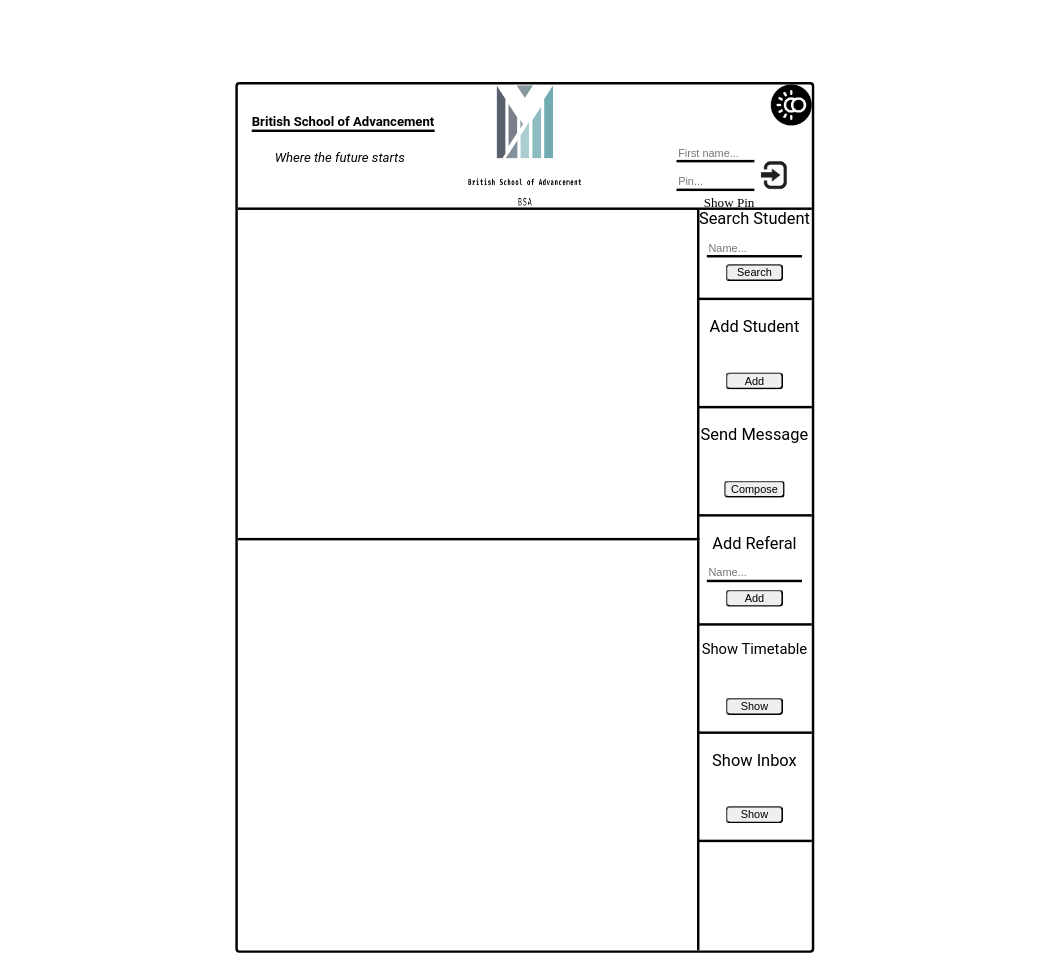
Repository: ghend99/Guardian-Application
Page: index.html
The author's editor kept a copy of each file at every save. The page is drawn from the files as they stood at one save, then again after the next save.
The browser window is 1280 px wide. The pictures show the whole page, at 82% of full size.

Above is the page before, as saved 2023-06-06 16:50:41.

### index.html
<!DOCTYPE html>
<html lang="en">
  <head>
    <meta charset="UTF-8" />
    <meta http-equiv="X-UA-Compatible" content="IE=edge" />
    <meta name="viewport" content="width=device-width, initial-scale=1.0" />
    <title>Document</title>
    <link rel="stylesheet" href="style.css" />
  </head>
  <body>
    <div id="main-container">
      <div id="header-container">
        <div id="header-container-left-section">
          <p id="header-school-name" class="page-headers">
            British School of Advancement
          </p>
          <p id="header-school-slogan" class="page-headers">
            Where the future starts
          </p>
        </div>
        <div id="header-container-middle-section">
          <img class="header-middle-section-logo" src="./images/logo.png" />
        </div>
        <div id="header-container-right-section">
          <input
            id="header-login-input-fullname"
            class="login-input-fullname login-input input"
            type="text"
            placeholder="First name..."
          />
          <input
            id="header-login-input-pin"
            class="login-input-pin login-input input"
            placeholder="Pin..."
            type="password"
          />
          <p id="show-pin-header">Show Pin</p>
          <img
            id="header-login-button"
            class="login-button"
            src="./images/login-button.png"
          />
          <img class="header-dark-mode-toggle" src="./images/dark-mode.png" />
          <img class="login-modal-open" src="./images/login.png" />
        </div>
      </div>
      <div id="sidebar-container">
        <div id="sidebar-link-container1" class="sidebar-link-container">
          <p class="sidebar-link-header page-headers">Search Student</p>
          <input class="sidebar-input input" placeholder="Name..." />
          <button class="sidebar-search-button submit-button">Search</button>
        </div>
        <div id="sidebar-link-container2" class="sidebar-link-container">
          <p class="sidebar-link-header page-headers">Add Student</p>
          <button id="add-student" class="sidebar-search-button submit-button">
            Add
          </button>
        </div>
        <div id="sidebar-link-container3" class="sidebar-link-container">
          <p class="sidebar-link-header page-headers">Send Message</p>
          <button
            id="compose-message-open"
            class="sidebar-search-button submit-button"
          >
            Compose
          </button>
        </div>
        <div id="sidebar-link-container4" class="sidebar-link-container">
          <p class="sidebar-link-header page-headers">Add Referal</p>
          <input
            id="add-referal-fullname"
            class="sidebar-input input"
            placeholder="Name..."
          />
          <button id="add-referal" class="sidebar-search-button submit-button">
            Add
          </button>
        </div>
        <div id="sidebar-link-container5" class="sidebar-link-container">
          <p
            id="show-timetable-heading"
            class="sidebar-link-header page-headers"
          >
            Show Timetable
          </p>
          <button
            id="timetable-open"
            class="sidebar-search-button submit-button"
          >
            Show
          </button>
        </div>
        <div id="sidebar-link-container6" class="sidebar-link-container">
          <p class="sidebar-link-header page-headers">Show Inbox</p>
          <button id="inbox-open" class="sidebar-search-button submit-button">
            Show
          </button>
        </div>
        <div id="sidebar-link-container7" class="sidebar-link-container">
          <p class="sidebar-link-header page-headers">Update Timetable</p>
          <button
            id="update-timetable"
            class="sidebar-search-button submit-button"
          >
            Show
          </button>
        </div>
      </div>
      <img class="sidebar-open" src="./images/menu.png" />

      <div id="student-information-container">
        <h1
          id="student-information-name-header"
          class="student-information page-headers"
        >
          Student Name:
        </h1>
        <h3 class="student-information student-information-general-header">
          General Information
        </h3>
        <p id="student-information-first-name" class="student-information">
          First Name:
        </p>
        <p id="student-information-last-name" class="student-information">
          Last Name:
        </p>
        <p id="student-information-year" class="student-information">
          Year Group:
        </p>
        <p id="student-information-referals" class="student-information">
          Referals:
        </p>
        <p id="password-reset" class="student-information">Reset Password</p>
      </div>

      <div id="student-management-container">
        <p class="student-management-heading"></p>
        <img id="student-management-close" src="./images/close.png" />
        <div id="timetable-container"></div>
        <div id="inbox-container">
          <div id="inbox-header">
            <p>Date</p>
            <p>Sender</p>
            <p>Reciever</p>
            <p>Subject</p>
            <p>Message</p>
          </div>
          <div id="inbox-line">
            <p></p>
            <p></p>
            <p></p>
            <p></p>
            <p></p>
          </div>
        </div>
      </div>
    </div>

    <div id="login-modal-container">
      <h1 class="login-modal-header modal-header page-headers">Login</h1>
      <img
        id="login-modal-close"
        class="modal-close"
        src="./images/close.png"
      />
      <input
        id="login-modal-fullname"
        class="login-input-fullname login-modal-input input"
        type="text"
        placeholder="Full name..."
      />
      <input
        id="login-modal-pin"
        class="login-input-pin login-modal-input input"
        type="number"
        placeholder="Pin..."
      />
      <p id="login-modal-show-pin">Show Pin</p>
      <input id="login-modal-submit" class="submit-button" type="submit" />
    </div>

    <div id="create-account-container">
      <p id="create-account-header" class="modal-header page-headers">
        Add Student Details
      </p>
      <img
        id="create-account-close"
        class="modal-close"
        src="./images/close.png"
      />
      <input
        id="create-account-first-name"
        class="create-account-input input"
        placeholder="First name..."
      />
      <input
        id="create-account-last-name"
        class="create-account-input input"
        placeholder="Last name..."
      />
      <input
        id="create-account-year"
        class="create-account-input input"
        placeholder="Year..."
      />
      <input
        id="create-account-pin"
        class="create-account-input input"
        placeholder="Year..."
      />

      <input
        id="create-account-repin"
        class="create-account-input input"
        placeholder="Year..."
      />
      <input id="create-account-submit" class="submit-button" type="submit" />
    </div>

    <div id="compose-message-container" class="">
      <p id="compose-message-header" class="modal-header">Compose Message</p>
      <img
        id="compose-message-close"
        class="modal-close"
        src="./images/close.png"
      />
      <input
        id="compose-message-reciever"
        class="compose-message-input input"
        type="text"
        placeholder="Reciever..."
      />
      <input
        id="compose-message-title"
        class="compose-message-input input"
        type="text"
        placeholder="Subject..."
      />
      <textarea
        id="compose-message-text-area"
        placeholder="Message..."
      ></textarea>
      <input id="compose-message-submit" class="submit-button" type="submit" />
    </div>

    <div id="password-reset-container">
      <p id="password-reset-header" class="modal-header page-headers">
        Pin Reset
      </p>
      <img
        id="password-reset-close"
        class="modal-close"
        src="./images/close.png"
      />
      <input
        id="password-reset-old"
        class="password-reset-input input"
        type="number"
        placeholder="Old Pin..."
      />
      <input
        id="password-reset-new"
        class="password-reset-input input"
        type="number"
        placeholder="New Pin..."
      />
      <input
        id="password-reset-new-retype"
        class="password-reset-input input"
        type="number"
        placeholder="New Pin..."
      />
      <input id="password-reset-submit" class="submit-button" type="submit" />
    </div>
    <script src="functions.js"></script>
    <script src="elements.js"></script>
    <script src="buttons.js"></script>
    <script src="message.js"></script>
    <script src="timetable.js"></script>
  </body>
</html>

### style.css
button {
  cursor: pointer;
}

.input {
  background-color: transparent;
  text-decoration: none;
  border: none;
  border-bottom: solid;
  outline: none;
}

.page-headers {
  font-family: "Roboto", Arial;
}

.modal-header {
  font-size: 30px;
  font-weight: bold;
  margin-top: 10px;
}

.dark-mode {
  background-color: black;
  color: white;
  border: solid;
  border-radius: 5px;
}

.input-dark-mode {
  color: white;
  border-color: white;
}

.button-dark-mode {
  color: white;
  background-color: black;
}

#main-container {
  position: relative;
  left: 50%;
  transform: translate(-50%);
  max-width: 50%;
  min-width: 700px;
  max-height: 1200px;
  min-height: 1000px;
  margin-top: 100px;
  border: solid;
  border-radius: 5px;
}

#header-container {
  display: grid;
  grid-template-columns: 1fr 1fr 1fr;
  grid-template-rows: 1fr;
  max-height: 200px;
  min-height: 150px;
  width: 100%;
  border-bottom: solid;
}

#header-school-name {
  position: absolute;
  top: 20px;
  left: 17px;
  font-size: clamp(1rem, 1vw, 2rem);
  font-weight: bold;
  border-bottom: solid;
}

#header-school-slogan {
  position: absolute;
  top: clamp(5%, 70px, 80px);
  left: clamp(45px, 5%, 70px);
  font-size: clamp(0.9rem, 1.5vw, 1rem);
  margin-top: 10px;
  font-style: italic;
}

#header-container-middle-section {
  display: flex;
  justify-content: center;
}

.header-middle-section-logo {
  width: 60%;
}

#header-login-input-fullname {
  position: absolute;
  top: 75px;
  width: 13%;
  right: 10%;
}

#header-login-input-pin {
  position: absolute;
  top: 110px;
  width: 13%;
  right: 10%;
}

#show-pin-header {
  position: absolute;
  top: 135px;
  right: 10%;
  margin: 0;
}

#header-login-button {
  position: absolute;
  width: 50px;
  right: 3%;
  top: 85px;
}

.header-dark-mode-toggle {
  position: absolute;
  width: 50px;
  top: 0;
  right: 0;
  cursor: pointer;
}

.login-modal-open {
  display: none;
}

#sidebar-container {
  position: absolute;
  display: grid;
  grid-template-columns: 1fr;
  grid-template-rows: 1fr 1fr 1fr 1fr 1fr 1fr 1fr;
  right: 0;
  bottom: 0;
  max-width: 30%;
  min-width: 20%;
  max-height: 1000px;
  min-height: 925px;
}

#sidebar-link-container1 {
  justify-content: center;
}

/* #sidebar-link-container6 {
  border-bottom: none;
} */

#sidebar-link-container7 {
  display: none;
  border-bottom: none;
}

.sidebar-link-container {
  position: relative;
  display: flex;
  justify-content: center;
  border-bottom: solid;
}

.sidebar-link-header {
  position: absolute;
  font-size: 20px;
}

.sidebar-input {
  position: absolute;
  margin-top: 60px;
  width: 80%;
}

.sidebar-search-button {
  position: absolute;
  max-width: 75%;
  min-width: 70px;
  bottom: 20px;
  border-radius: 5px;
}

.sidebar-open {
  position: absolute;
  width: 50px;
  right: 0;
  top: 155px;
  display: none;
}

#student-information-container {
  max-height: 800px;
  min-height: 400px;
  max-width: 80%;
  min-width: 50%;
  border-bottom: solid;
  border-right: solid;
}

#student-information-name-header {
  font-size: 30px;
  font-weight: bold;
  border-bottom: solid;
  width: fit-content;
  margin-left: 30px;
  margin-top: 0;
}

.student-information {
  margin-left: 40px;
  display: none;
}

.student-information-general-header {
  font-size: 24px;
  font-weight: bold;
  padding-left: 40px;
}

#password-reset {
  border-bottom: solid;
  font-weight: bold;
  width: fit-content;
  cursor: pointer;
}

#student-management-container {
  max-width: 80%;
  min-width: 50%;
  max-height: 600px;
  min-height: 500px;
  border-right: solid;
}

.student-management-heading {
  display: inline-block;
  font-size: 30px;
  margin: 0;
  margin-left: 20px;
  width: fit-content;
}

#student-management-close {
  position: absolute;
  bottom: 45.7%;
  right: 21%;
  width: 30px;
  cursor: pointer;
  display: none;
}

#timetable-container {
  position: relative;
  display: grid;
  grid-gap: 1em;
  grid-template-rows: repeat(var(--grid-rows), 1fr);
  grid-template-columns: repeat(var(--grid-cols), 1fr);
  /* top: 50px; */
  overflow: scroll;
  max-height: 90%;
  min-height: 466px;
  /* max-width: 99.6%;
  min-width: 250px; */
  display: none;
}

:root {
  --grid-cols: 1;
  --grid-rows: 1;
}

.grid-item {
  padding: 1em;
  border: 1px solid #ddd;
  text-align: center;
}

#timetable-input {
  width: 100px;
}

#inbox-container {
  max-height: 90%;
  min-height: 466px;
  max-width: 99.6%;
  min-width: 250px;
  display: none;
}

#inbox-header {
  position: relative;
  display: grid;
  grid-template-columns: 1fr 1fr 1fr 1fr 1fr;
  grid-template-rows: 1fr;
  width: 100%;
  height: 50px;
  /* background-color: aqua; */
  overflow-y: auto;
  font-family: "Roboto", Arial;
}

#inbox-line {
  position: relative;
  display: grid;
  grid-template-columns: 1fr 1fr 1fr 1fr 1fr;
  grid-template-rows: 1fr;
  row-gap: 20px;
  width: 100%;
  height: 50px;
  /* background-color: darkorange; */
  overflow-y: auto;
  font-family: "EB Garamond", Arial;
}

#login-modal-container,
#create-account-container,
#compose-message-container,
#password-reset-container {
  position: absolute;
  left: 50%;
  top: 30%;
  transform: translate(-50%);
  text-align: center;
  border: solid;
  border-radius: 5px;
  display: none;
}

#login-modal-container {
  max-width: 40%;
  min-width: 300px;
  max-height: 400px;
  min-height: 300px;
  text-align: center;
  border: solid;
  border-radius: 5px;
  display: none;
  background-color: whitesmoke;
  cursor: pointer;
}

#login-modal-fullname {
  position: absolute;
  top: 120px;
  left: 50px;
}

#login-modal-pin {
  position: absolute;
  top: 170px;
  left: 50px;
}

#login-modal-show-pin {
  position: absolute;
  top: 200px;
  left: 50px;
  margin: 0;
  font-size: 14px;
  cursor: pointer;
}

#login-modal-submit {
  left: 15%;
}

#login-modal-submit,
#create-account-submit,
#compose-message-submit,
#password-reset-submit {
  position: absolute;
  bottom: 20px;
  max-height: 60px;
  min-height: 30px;
  max-width: 20%;
  min-width: 200px;
}

#create-account-container {
  max-width: 60%;
  min-width: 400px;
  max-height: 600px;
  min-height: 500px;
}

.create-account-input,
.compose-message-input,
.password-reset-input {
  position: absolute;
  left: 30px;
}

#create-account-first-name {
  top: 80px;
}

#create-account-last-name {
  top: 150px;
}

#create-account-year {
  top: 220px;
}

#create-account-pin {
  top: 290px;
}

#create-account-submit {
  left: 25%;
}

#create-account-repin {
  position: absolute;
  top: 360px;
  left: 30px;
}

#compose-message-container {
  max-width: 60%;
  min-width: 400px;
  max-height: 600px;
  min-height: 500px;
}

.modal-close {
  position: absolute;
  width: 30px;
  right: 0;
  top: 0;
  cursor: pointer;
}

#compose-message-reciever {
  top: 80px;
}

#compose-message-title {
  top: 130px;
}

#compose-message-text-area {
  position: absolute;
  top: 35%;
  left: 30px;
  max-height: 80%;
  min-height: 230px;
  max-width: 100%;
  min-width: 280px;
}

#compose-message-submit {
  left: 25%;
}

#password-reset-container {
  max-width: 40%;
  min-width: 300px;
  max-height: 400px;
  min-height: 300px;
}

#password-reset-new {
  top: 120px;
}

#password-reset-new-retype {
  top: 165px;
}

#password-reset-submit {
  left: 17%;
}

@media screen and (min-width: 0) and (max-width: 1600px) {
  #show-timetable-heading {
    font-size: 18px;
  }
}

@media screen and (min-width: 0) and (max-width: 720px) {
  #main-container {
    max-width: 600px;
    min-width: 300px;
  }

  #header-container {
    grid-template-columns: 1fr 1fr;
  }

  .header-middle-section-logo,
  #header-login-input-fullname,
  #header-login-input-pin,
  #show-pin-header,
  #header-login-button {
    display: none;
  }

  .login-modal-open {
    position: absolute;
    display: block;
    right: 0;
    top: 100px;
    width: 50px;
  }

  #sidebar-container {
    display: none;
  }

  .sidebar-link-header {
    font-size: 12px;
  }

  .sidebar-open {
    display: block;
  }

  .student-information-name-header {
    margin-left: 15px;
  }

  .student-information-general-header {
    margin-left: 25px;
    padding: 0;
  }

  .student-information {
    margin-left: 28px;
  }
}

### message.js
const sendMessage = function () {
  const message = composeMessageText.value;
  const subject = composeMessageSubject.value;
  const reciever = composeMessageReciever.value;
  const target = students.find((stu) => stu.fullName === `${reciever}`);
  const date = new Date(Date.now()).toLocaleString();
  console.log(date);
  console.log(message, subject, reciever, target);
  if (target === undefined) {
    alert("Not a valid message reciercer");
  } else {
    target.inbox.push(message);
    target.from.push(currentAccount.fullName);
    target.subject.push(subject);
    target.date.push(date);
    // currentAccount.sent.push(message);
    // currentAccount.date.push(date);
    composeMessageReciever.value = "";
    composeMessageText.value = "";
    composeMessageSubject.value = "";
    localStorage.setItem("students", JSON.stringify(students));
    alert("Message Sent");
    // updateInbox(target, currentAccount, message, subject);
  }
};

// const updateInbox = function (target, currentAccount, message, subject) {
//   const html = ` <div id="inbox-line">
//   <p>${new Date(Date.now()).toLocaleString()}</p>
//   <p>${currentAccount.fullName}</p>
//   <p>${target.fullName}</p>
//   <p>${subject}</p>
//   <p>${message}</p>
// </div>
//   `;
//   inboxLine.insertAdjacentHTML("beforebegin", html);
// };

const updateInboxLoad = function (target) {
  getStudentsLocalStorage();
  for (let i = 0; i < currentAccount.inbox.length; i++) {
    const html = `<div id="inbox-line">
  <p>${currentAccount.date[i]}</p>
  <p>${currentAccount.from[i]}</p>
  <p>${currentAccount.fullName}</p>
  <p>${currentAccount.subject[i]}</p>
  <p>${currentAccount.inbox[i]}</p>
</div>
  `;
    inboxLine.insertAdjacentHTML("beforebegin", html);
  }
};
// updateInboxLoad();

Loaded but not shown: timetable.js (295 lines, source omitted); functions.js (221 lines, source omitted); elements.js (95 lines, source omitted); buttons.js (108 lines, source omitted)

After the next save:
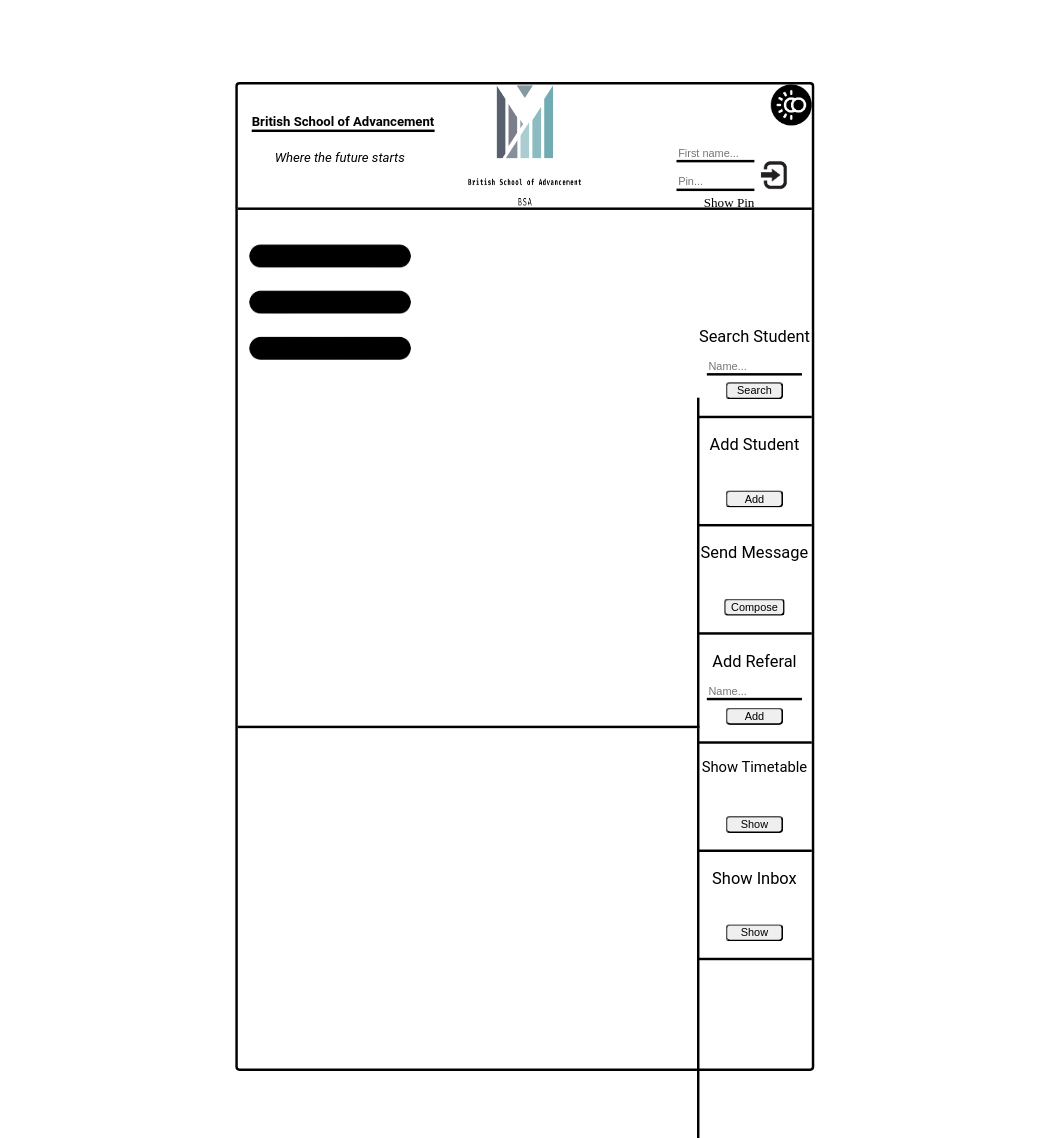
Saved 66 s later.
--- a/index.html
+++ b/index.html
@@ -106,7 +106,7 @@
           </button>
         </div>
       </div>
-      <img class="sidebar-open" src="./images/menu.png" />
+      <img id="sidebar-open" src="./images/menu.png" />
 
       <div id="student-information-container">
         <h1

After the save that followed:
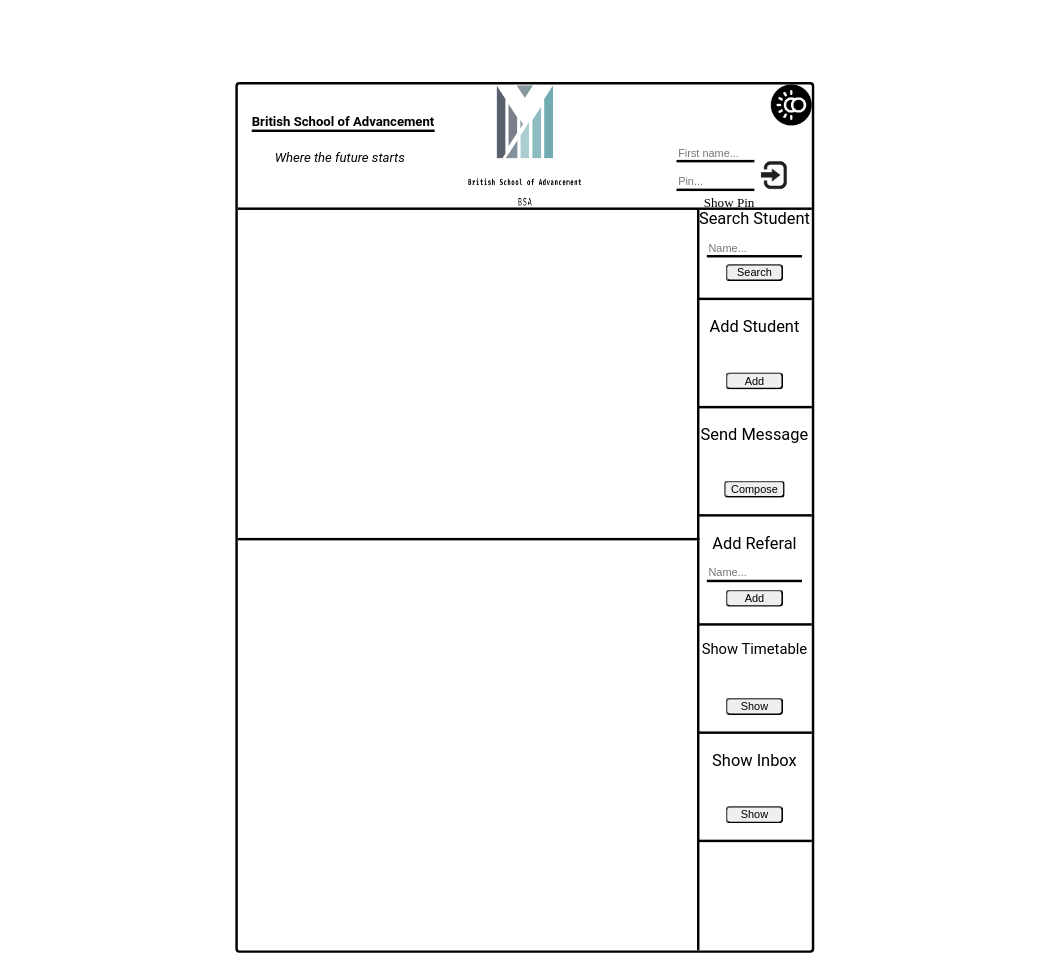
Saved 4 s later.
--- a/style.css
+++ b/style.css
@@ -179,7 +179,7 @@ button {
   border-radius: 5px;
 }
 
-.sidebar-open {
+#sidebar-open {
   position: absolute;
   width: 50px;
   right: 0;
